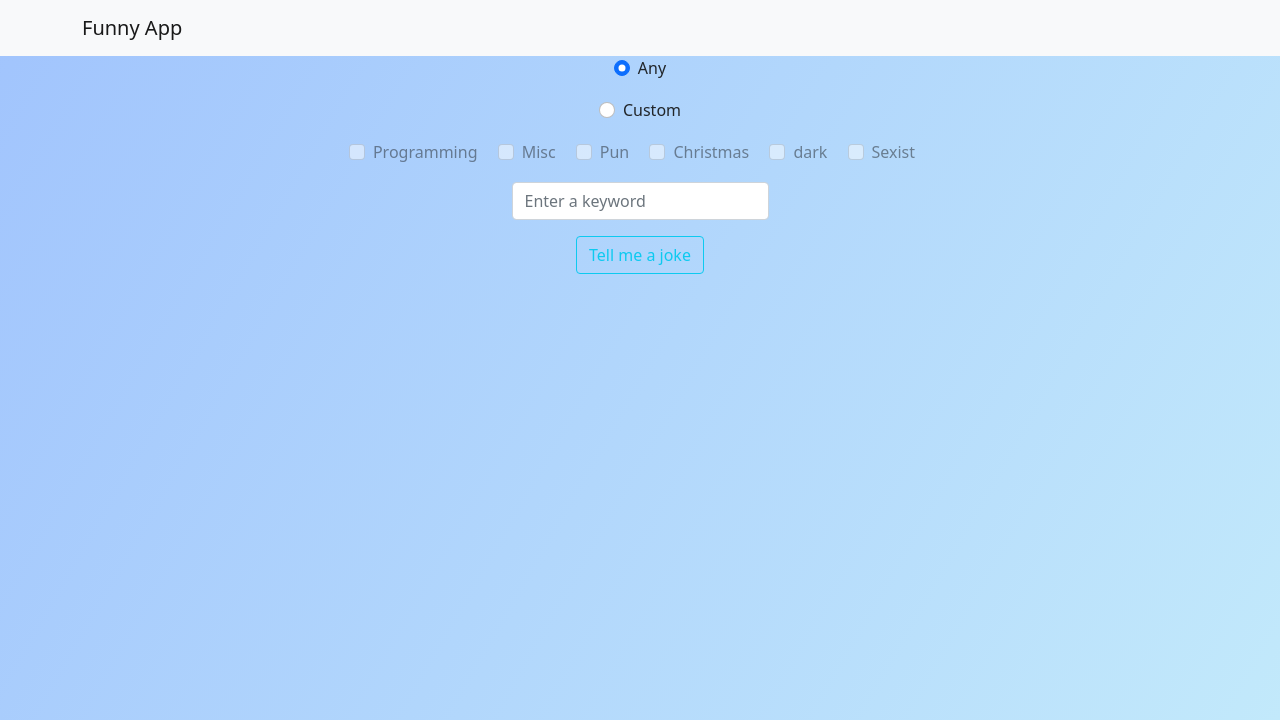
Repository: kaitlynMidori/dadJokeApi
Page: index.html
An editor plug-in stored every save of this project. The page is shown before and after the next save, followed by the edit.
The browser window is 1280 px wide. The pictures show the whole page.

Above is the page before, as saved 2021-01-05 21:16:53.

### index.html
<!DOCTYPE html>
<html lang="en">
<head>
    <meta charset="UTF-8">
    <meta name="viewport" content="width=device-width, initial-scale=1.0">
    <title>Joke App</title>
    <link href="https://cdn.jsdelivr.net/npm/bootstrap@5.0.0-beta1/dist/css/bootstrap.min.css" rel="stylesheet" integrity="sha384-giJF6kkoqNQ00vy+HMDP7azOuL0xtbfIcaT9wjKHr8RbDVddVHyTfAAsrekwKmP1" crossorigin="anonymous">
    <link rel="stylesheet" href="style.css">
</head>
<body>
    <nav class="navbar navbar-light bg-light">
        <div class="container">
          <a class="navbar-brand">Funny App</a>

        </div>
    </nav>
    <div class="container">
        <div class="d-flex flex-column align-items-center d-grid gap-3">
            <div class="form-check">
                <input type="radio" class="form-check-input" id="any" name="type" value="Any" checked>
                <label for="any" class="form-check-label">Any</label>
            </div>
            <div class="form-check">
                <input type="radio" class="form-check-input" id="custom" name="type" value="Custom">
                <label for="custom" class="form-check-label">Custom</label>
            </div>

            <fieldset id="options" disabled>
                <div class="form-check form-check-inline">
                  <input class="form-check-input"  type="checkbox" id="coding" name="category" value="Programming">
                  <label class="form-check-label" for="coding">Programming</label>
                </div>
                <div class="form-check form-check-inline">
                  <input class="form-check-input" type="checkbox" id="misc" name="category" value="Miscellaneous">
                  <label class="form-check-label" for="misc">Misc</label>
                </div>
                <div class="form-check form-check-inline">
                    <input class="form-check-input" type="checkbox" id="pun" name="category" value="Pun">
                    <label class="form-check-label" for="pun">Pun</label>
                  </div>

                <div class="form-check form-check-inline">
                    <input class="form-check-input" type="checkbox" id="chris" name="category" value="Christmas">
                    <label class="form-check-label" for="chris">Christmas</label>
                </div>

                <div class="form-check form-check-inline">
                    <input class="form-check-input" type="checkbox" id="dark" name="category" value="dark">
                    <label class="form-check-label" for="dark">dark</label>
                </div>

                <div class="form-check form-check-inline">
                    <input class="form-check-input" type="checkbox" id="sexist" name="category" value="Sexist">
                    <label class="form-check-label" for="sexist">Sexist</label>
                </div>
              </fieldset>
              <form>
                <input class="form-control" placeholder="Enter a keyword" id="keyword">
              </form>

            <button type="button" class="btn btn-outline-info" id="tell-btn">Tell me a joke</button>
            <div id="result"></div>
        </div>
    </div>

    <script src="https://cdn.jsdelivr.net/npm/bootstrap@5.0.0-beta1/dist/js/bootstrap.bundle.min.js" integrity="sha384-ygbV9kiqUc6oa4msXn9868pTtWMgiQaeYH7/t7LECLbyPA2x65Kgf80OJFdroafW" crossorigin="anonymous"></script>
    <script src="app.js"></script>
</body>
</html>

### style.css
body{
    background-image: linear-gradient(120deg, #a1c4fd 0%, #c2e9fb 100%);
    min-height: 100vh;
}

### app.js
let option = document.getElementById("options");
let custom = document.getElementById("custom");
let any = document.getElementById("any");


any.addEventListener("click", (e)=>{
    if(e.target.checked){
        option.disabled = true;
    }
});

custom.addEventListener("click", (e)=>{
    if(e.target.checked){
        option.disabled = false;
    }
});

const getJoke = async () => {
    let result = document.getElementById('result');
    result.innerHTML = "";
    let checkboxes = [...document.getElementsByName('category')].filter((checkbox)=>checkbox.checked);
    let category = "";
    if(any.checked){
        category = "Any";
    }
    if(custom.checked){
        // checkboxes.forEach((checkbox) => {
        // if(checkbox.checked){
        //     category += checkbox.value + ",";
        // }
        // });
        // if(category != ""){
        //     category = category.substring(0, category.length - 1);
        // }
        // else{
        //     category = "Programming";
        // }
        category = checkboxes.map((c)=>c.value).join();
    }

    console.log(category);
    let url = `https://v2.jokeapi.dev/joke/${category}`;
    let keyword = document.getElementById("keyword").value;
    if(keyword != ""){
        url = `https://v2.jokeapi.dev/joke/${category}?contains=${keyword}`;
    }
    console.log(url);
    const response = await fetch(url);
    const data = await response.json();
    console.log(data);

    if(data.type == "single"){
        result.innerHTML = `<h3>${data.joke}</h3>`;
    }
    if(data.type == "twopart"){
        result.innerHTML = `<h3>${data.setup}</h3>`;
        setTimeout(()=>{
            result.innerHTML += `<h3>${data.delivery}</h3>`;
        },1000);
    }
}

let btn = document.getElementById('tell-btn');
btn.addEventListener("click", getJoke);

After the next save:
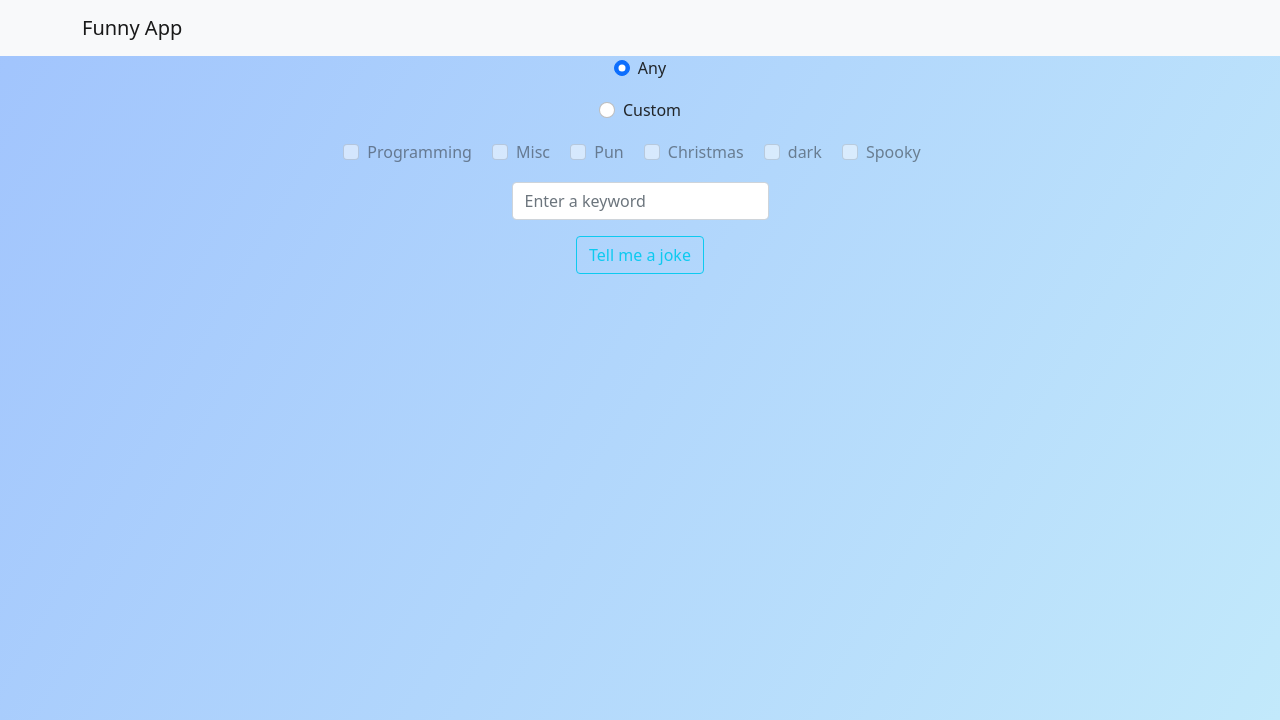
Saved 42 s later.
--- a/index.html
+++ b/index.html
@@ -50,8 +50,8 @@
                 </div>
 
                 <div class="form-check form-check-inline">
-                    <input class="form-check-input" type="checkbox" id="sexist" name="category" value="Sexist">
-                    <label class="form-check-label" for="sexist">Sexist</label>
+                    <input class="form-check-input" type="checkbox" id="spooky" name="category" value="spooky">
+                    <label class="form-check-label" for="spooky">Spooky</label>
                 </div>
               </fieldset>
               <form>
